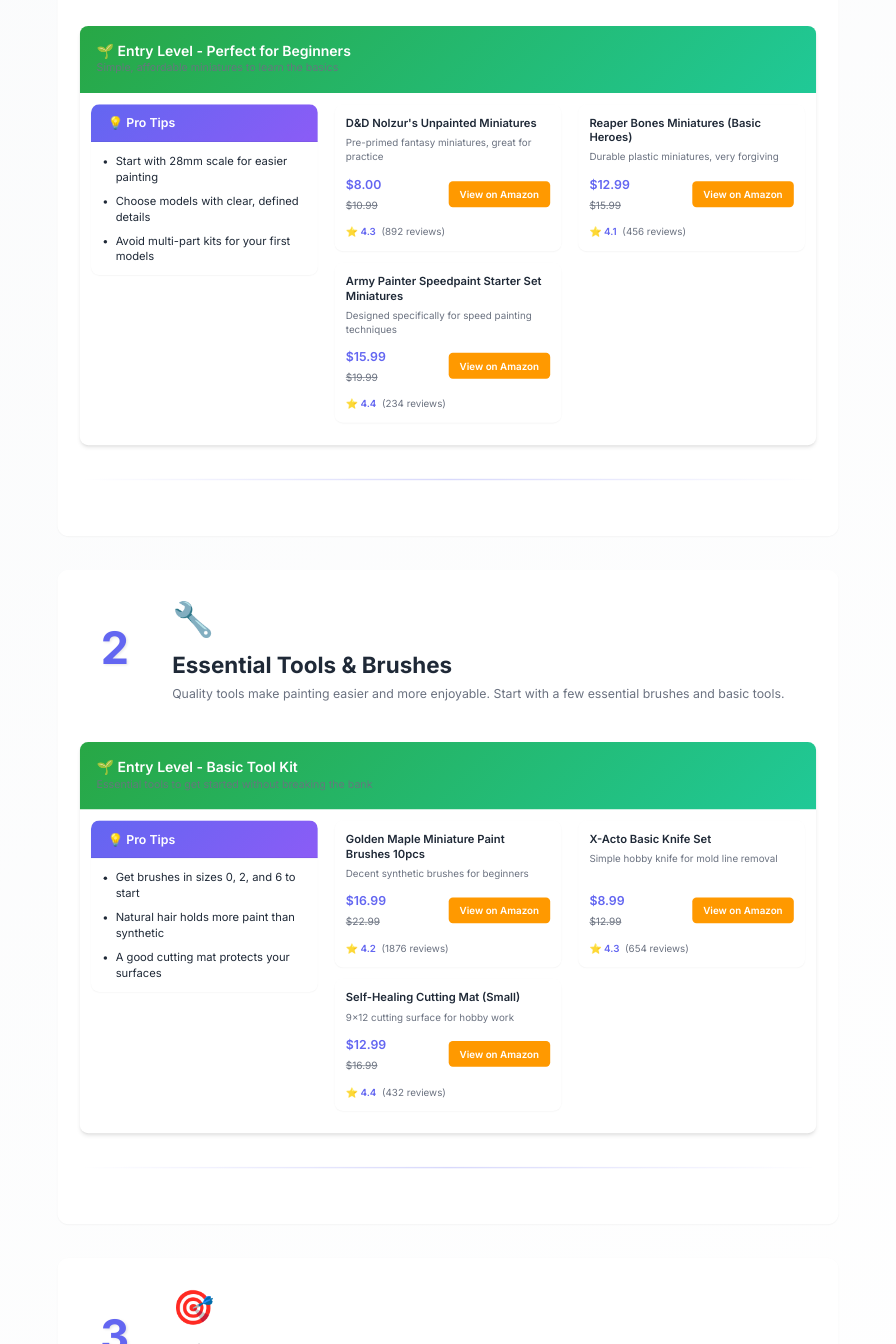
Repository: Aldentec/pushing-pigment-website
Page: /getting-started
The author's editor kept a copy of each file at every save. The page is drawn from the files as they stood at one save, then again after the next save.
The browser window is 1280 px wide. The pictures show the part of the page from y = 1580 to 3500 px (the page is 10417 px tall before and 10258 px after), at 70% of full size.
The project was rebuilt for these pictures with package versions that can differ from the ones it lists, and the page was loaded fresh each time. Also part of the build but not shown: src/components/Hero/Hero.css, src/components/Hero/Hero.jsx, src/pages/Home/Home.jsx, src/data/tutorials.js, src/pages/Tutorials/Tutorials.jsx, src/pages/Products/Products.css, src/pages/Products/Products.jsx.

Above is the page before, as saved 2025-08-16 14:41:11.

After the next save:
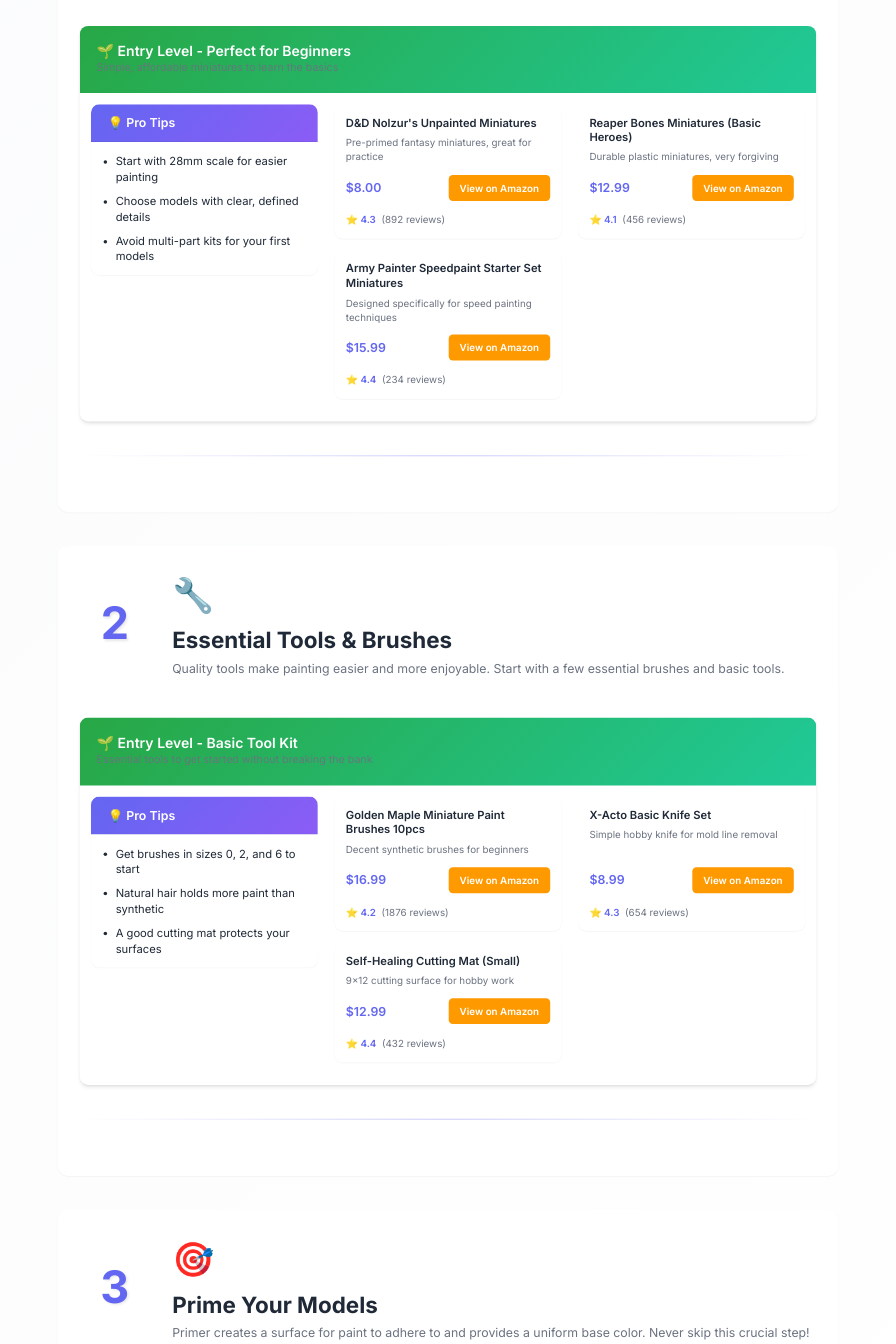
Saved 34 s later.
--- a/src/components/GettingStarted/GettingStarted.jsx
+++ b/src/components/GettingStarted/GettingStarted.jsx
@@ -211,12 +211,7 @@
                                     <h6 className="product-name">{product.name}</h6>
                                     <p className="product-description">{product.description}</p>
                                     <div className="product-footer">
-                                      <div className="price-section">
-                                        <span className="product-price">{product.price}</span>
-                                        {product.originalPrice && (
-                                          <span className="original-price">{product.originalPrice}</span>
-                                        )}
-                                      </div>
+                                      <span className="product-price">{product.price}</span>
                                       <Button
                                         size="sm"
                                         className="amazon-link-btn"
